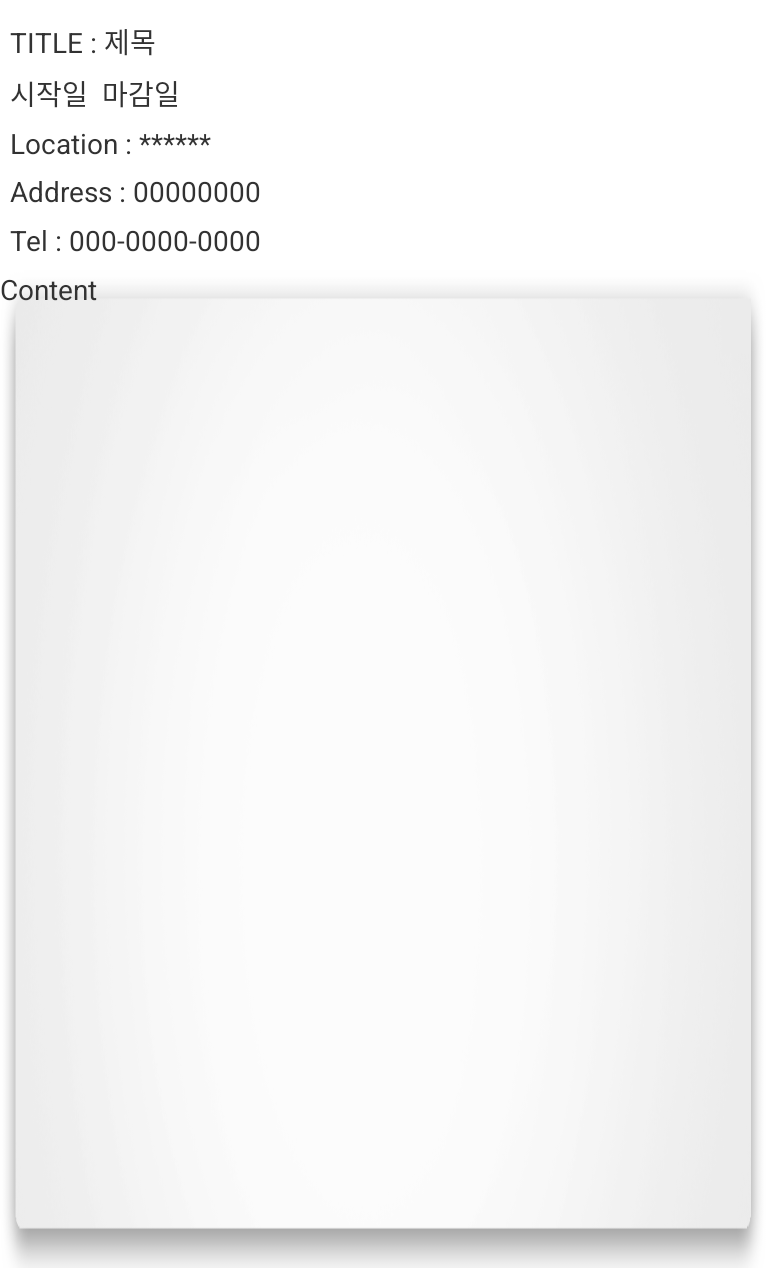
Repository: chlduq04/java
Layout: Culturemap/res/layout/detail.xml
The author's editor kept a copy of each file at every save. The layout is drawn from the files as they stood at one save, then again after the next save.
It is drawn on a 768 x 1280 px phone screen (xhdpi) without system bars, with theme AppTheme; the app's code is not run.

Above is the layout before, as saved 2012-07-23 07:06:49.

After the next save:
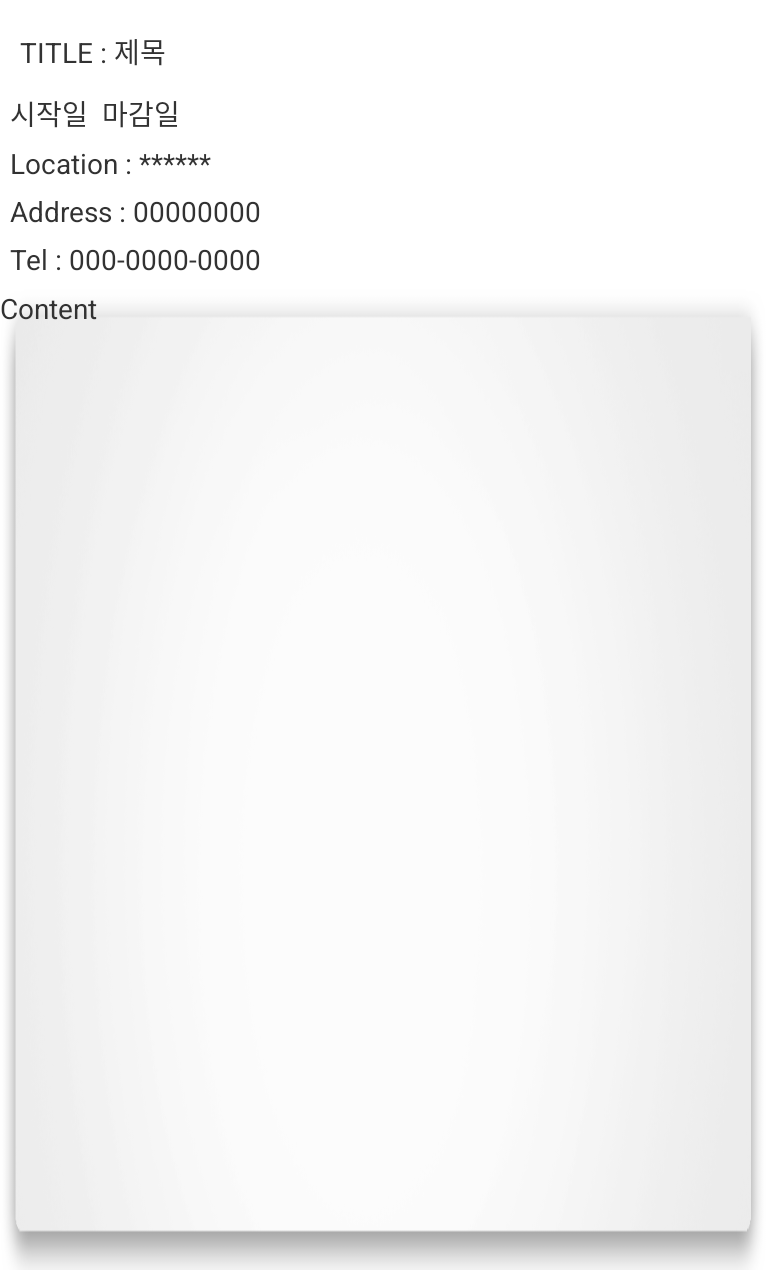
Saved 42 s later.
--- a/Culturemap/res/layout/detail.xml
+++ b/Culturemap/res/layout/detail.xml
@@ -12,6 +12,7 @@
         android:orientation="vertical" >
 
         <LinearLayout
+            android:layout_margin="5dip"
             android:layout_width="fill_parent"
             android:layout_height="wrap_content"
             android:layout_weight="1"
